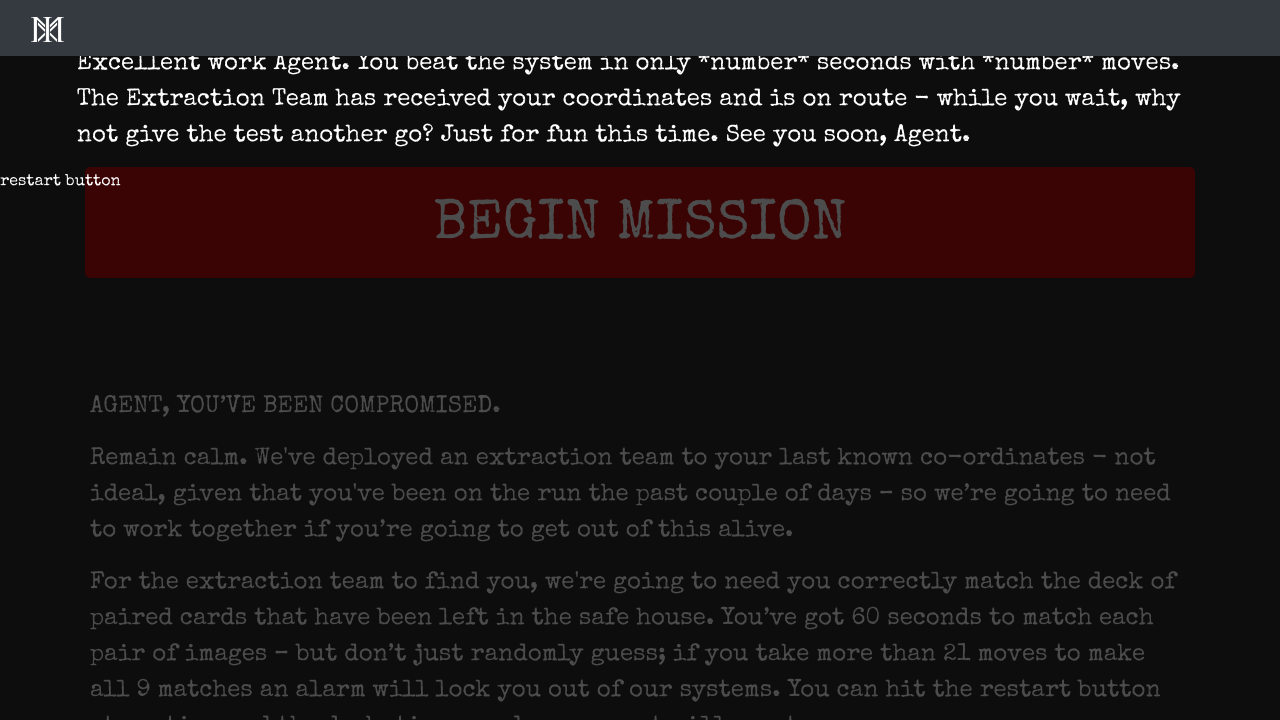
Repository: Code-Institute-Submissions/Milestone-25
Page: index.html
The author's editor kept a record of every edit. The page is drawn from the files as they stood at one moment, then again after the next edit.
The browser window is 1280 px wide. The pictures show the window.
A layer covers the whole window, so only the first screen is drawn. Some web libraries are served in a nearby version.

Above is the page before.
Console error (its wording comes from the project's code and is left out).

### index.html
<!DOCTYPE html>
<html lang="en">

<head>
  <meta charset="UTF-8">
  <meta name="viewport" content="width=device-width, initial-scale=1">
  <meta http-equiv="X-UA-Compatible" content="ie=edge">
  <link rel="stylesheet" href="https://stackpath.bootstrapcdn.com/bootstrap/4.4.1/css/bootstrap.min.css" integrity="sha384-Vkoo8x4CGsO3+Hhxv8T/Q5PaXtkKtu6ug5TOeNV6gBiFeWPGFN9MuhOf23Q9Ifjh" crossorigin="anonymous">
  <script src="https://maxcdn.bootstrapcdn.com/bootstrap/4.4.1/js/bootstrap.min.js"></script>
  <script src="https://use.fontawesome.com/releases/v5.12.0/js/all.js"></script>
  <link rel="stylesheet" href="assets/css/style.css" media="screen">
  <title>Memoryphile Home</title>
</head>

<body>
  <!--Navbar for style purposes only-->
  <nav class="navbar navbar-expand-md navbar-dark bg-dark sticky-top">
    <div class="container-fluid">
      <a class="navbar-brand"><img src="./assets/images/logo.png" class="logo" alt="Memoryphile Logo"></a>
    </div>
  </nav>

  <!--Button to jump to game-->
  <div class="container-fluid padding">
    <div class="row padding">
      <div class="container-sm">
        <a href="./game.html"><button type="button" class="btn btn-secondary btn-lg btn-block">BEGIN MISSION</button></a>
      </div>
    </div>
  </div>

  <!--Instructions paragraph-->
  <div class="container-fluid padding">
    <div class="row padding">
      <div class="col-md">
        <p class="instructions">AGENT, YOU’VE BEEN COMPROMISED.</p>
        <p class="instructions">Remain calm. We've deployed an extraction team to your last known co-ordinates - not ideal, given that you've been on the run the past couple of days – so we’re going to need to work together if you’re going to get out of this alive.</p>
        <p class="instructions"> For the extraction team to find you, we're going to need you correctly match the deck of paired cards that have been left in the safe house. You’ve got 60 seconds to match each pair of images – but don’t just randomly guess; if you take more than
          21 moves to make all 9 matches an alarm will lock you out of our systems. You can hit the restart button at anytime and the deck, timer, and move count will reset.</p>
        <p class="instructions"> Make the matches, and your updated coordinates will be sent across… fail any of these requirements and you’re on your own.</p>
        <p class="instructions"> Good luck Agent,</p>
        <p class="instructions"> G.M.</p>
      </div>
    </div>
  </div>

<!-- testing game popup -->
  <!-- mission success overlay -->
  <div id="success" class="overlay">
    <div class="box">
    <h2 class="title">Mission Success</h2>
    <p class="instructions">Excellent work Agent. You beat the system in only *number* seconds with *number* moves. The Extraction Team has received your coordinates and is on route - while you wait, why not give the test another go? Just for fun this time. See you soon, Agent.</p>
    <div>restart button</div>
  </div>

  <!-- mission failure overlay -->
  <!--<div id="failure" class="overlay">-->
  <!--  <h2 class="title">Mission Failure</h2>-->
  <!--  <p class="instructions">Agent. AGENT. This is not good. I've managed to get a softlock on your loaction, but can't confirm extraction until I've received your coordinates. Try again.</p>-->
  <!--   <p class="instructions">And Agent? No mistakes this time.</p>-->
  <!--   <div>restart button</div>-->
  <!--</div>-->


</body>


</html>

### assets/css/style.css
@import url('https://fonts.googleapis.com/css?family=Homemade+Apple|Special+Elite&display=swap');

/* ==============  MEDIA QUERIES   ==============*/

/*--------Bootstrap Breakpoints---------*/

/* xs devices (<576px) = default in Bootstrap (hence no media query)

sm devices (>576px) = @media max-width: 576px

md devices (>768px) = @media max-width: 768px

lg devices (>992px) = @media max-width: 992px

xl devices (>1200px) = @media max-width: 1200px
*/

/*--------Media Queries--------*/

/* max-width, not min-width, for mobile-first styling */

@media (max-width: 992px) {}

@media (max-width: 768px) {}

@media (max-width: 576px) {}


/* ==============STYLING==============*/

/*--------HTML, BODY Styling-----*/

html,
body {
    height: 100%;
    width: 100%;
    font-family: 'Special Elite', sans-serif;
    color: #fff;
    background-color: #2c2c2d;
    box-sizing: border-box;
}

/*------------BUTTON STYLING--------*/

.btn-secondary {
    background-color: #c30e0e;
    border-color: #c30e0e;
    margin-top: 10%;
    margin-bottom: 10%;
    font-size: 350%;
    padding-top: 1.5%;

}


/*------------Instructions STYLING--------*/

.instructions {
    font-size: 150%;
    display: inline-block;
    margin-left: 6%;
    margin-right: 6%;
}


/*--------------GAME.html styling---------*/

*,
*::before,
*::after {
    box-sizing: inherit;
}


.gameContainer {
    /* Flexbox */
    flex-direction: column;
    display: flex;
    justify-content: center;
    align-items: center;
}

.logo {
    height: 25px;
}

.nav-link {
    padding-top: 5px;
    color: #fff;
    font-size: 25px;
}

a:hover {
    color: #424242;
    text-decoration: none;
}


/*------------REQUIRMENTS Styling--------*/

.requirements {
    text-align: left;
    margin-top: 35px;
    margin-bottom: 25px;
    width: 950px;
    font-size: 200%;

}

.requirements .timer {
    float: left;
}

.requirements .restart {
    float: right;
}

.requirements .moves {
    float: inherit;
}

.requirements-timer {
    text-align: center;
    margin-top: 35px;
    font-size: 300%;
}


/*------------GAMEDECK Styling ---------*/

.gamedeck {
    min-height: 600px;
    width: 1350px;
    background: #888888;
    border-radius: 15px;
    padding: 30px;
    /* Flexbox */
    display: flex;
    flex-wrap: wrap;
    justify-content: center;
    align-items: center;
}

.gamedeck .card {
    height: 175px;
    width: 175px;
    background: #424242;
    border-radius: 8px;
    box-shadow: 5px 2px 20px 0 rgba(46, 61, 73, 0.5);
    margin: 1%;
    /* shrink font so that when a card is 'flipped', font enlarges */
    font-size: 0;
    color: #ffffff;
    display: flex;
    justify-content: center;
    align-items: center;
    /* add cursor to indicate interactivity to user */
    cursor: pointer;
}

/* for click reveal */

.gamedeck .card.open {
    transform: rotateY(0) !important;
    font-size: 75px;
    background: #421a1a;
    /* fix for webpages */
    -webkit-backface-visibility: visible !important;
    backface-visibility: visible !important;
    /* return cursor to default to inform user card is no longer clickable */
    cursor: default;
}

.gamedeck .card.show {
    font-size: 75px;
    display: inherit!important;
}

.gamedeck .card.close {
    pointer-events: none;
    opacity: 0.9;
}

.gamedeck .card.matched {
    cursor: default;
    background: #523632;
    font-size: 75px;
}

/*--------------------Overlay Styling -------------*/

.overlay {
    position: fixed;
    top: 0;
    bottom: 0;
    left: 0;
    right: 0;
    background: rgba(0, 0, 0, 0.7);
}

/*.overlay:target {*/
/*	visibility: visible;*/
/*	opacity: 1;*/
/*}*/

.title {
    display: inline-block;
    margin-left: 6%;
    margin-right: 6%;
}

/*.popup {*/
/*	margin: 70px auto;*/
/*	padding: 20px;*/
/*	background: #ffffff;*/
/*	border-radius: 5px;*/
/*	width: 85%;*/
/*	position: relative;*/
/*	transition: all 5s ease-in-out;*/
/*	font-family: 'Gloria Hallelujah', cursive;*/
/*}*/

/*.popup h2 {*/
/*	margin-top: 0;*/
/*	color: #333;*/
/*	font-family: Tahoma, Arial, sans-serif;*/
/*}*/

/*.popup .close {*/
/*	position: absolute;*/
/*	top: 20px;*/
/*	right: 30px;*/
/*	transition: all 200ms;*/
/*	font-size: 30px;*/
/*	font-weight: bold;*/
/*	text-decoration: none;*/
/*	color: #333;*/
/*}*/

/*.popup .close:hover {*/
/*	color: #E5F720;*/
/*}*/

/*.popup .content-1,*/
/*.content-2 {*/
/*	max-height: 30%;*/
/*	overflow: auto;*/
/*	text-align: center;*/
/*}*/

/*.show {*/
/*	visibility: visible !important;*/
/*	opacity: 100 !important;*/
/*}*/

After the next edit:
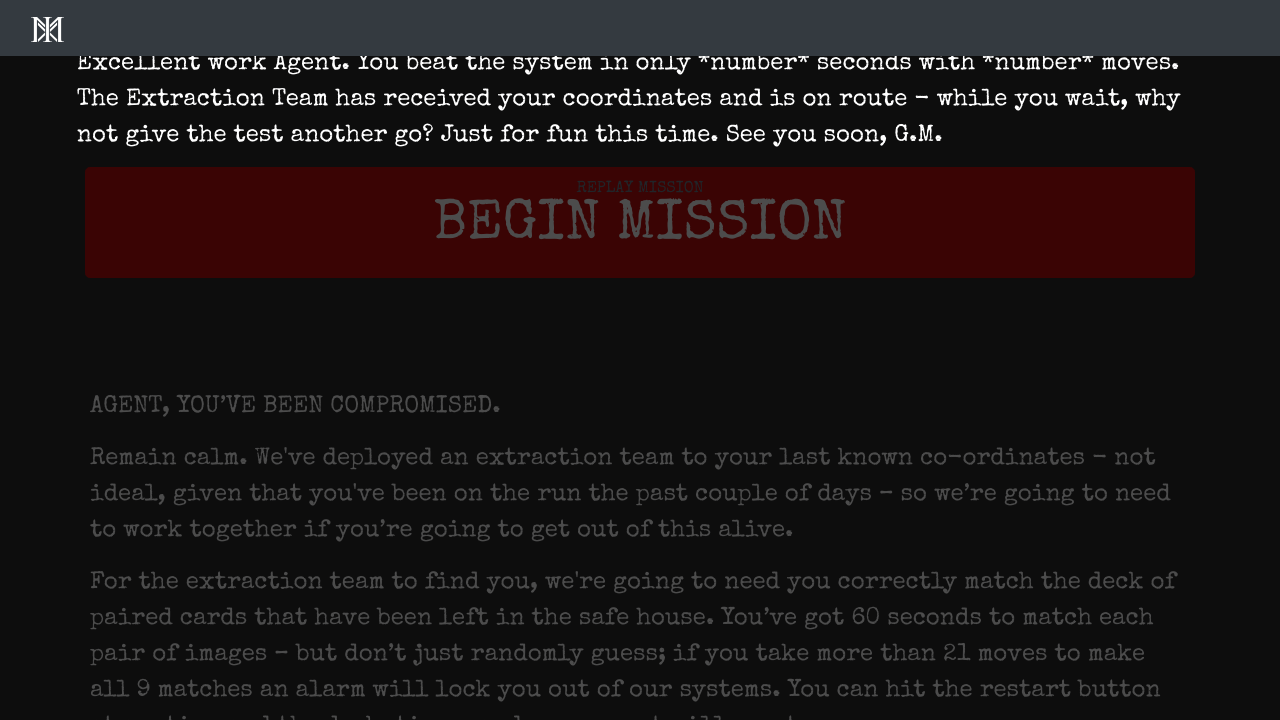
The edit:
--- a/index.html
+++ b/index.html
@@ -44,13 +44,14 @@
     </div>
   </div>
 
-<!-- testing game popup -->
+  <!-- testing game popup -->
   <!-- mission success overlay -->
   <div id="success" class="overlay">
     <div class="box">
-    <h2 class="title">Mission Success</h2>
-    <p class="instructions">Excellent work Agent. You beat the system in only *number* seconds with *number* moves. The Extraction Team has received your coordinates and is on route - while you wait, why not give the test another go? Just for fun this time. See you soon, Agent.</p>
-    <div>restart button</div>
+      <h2 class="title">Mission Success</h2>
+      <p class="instructions">Excellent work Agent. You beat the system in only *number* seconds with *number* moves. The Extraction Team has received your coordinates and is on route - while you wait, why not give the test another go? Just for fun this time. See you soon, G.M.</p>
+      <a href="#"><button type="button" class="btn btn-replay btn-block">REPLAY MISSION</button></a>
+    </div>
   </div>
 
   <!-- mission failure overlay -->
